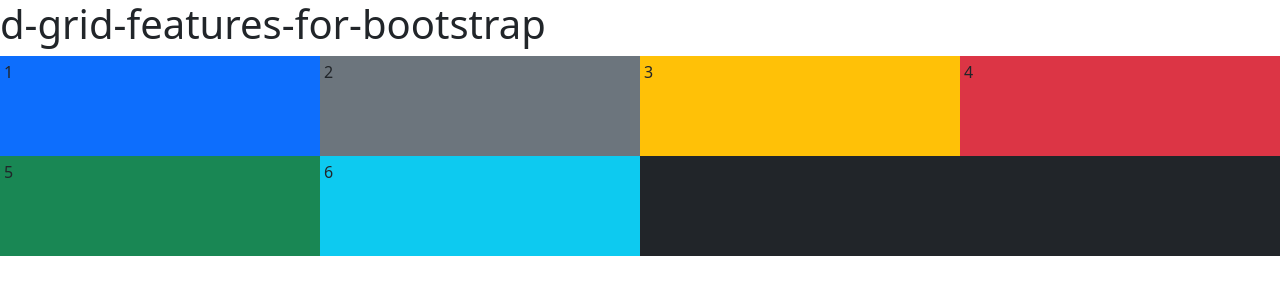
Repository: LynxPardelle/d-grid-features-for-bootstrap
Page: index.html
An editor plug-in stored every save of this project. The page is shown before and after the next save, followed by the edit.
The browser window is 1280 px wide. The pictures show the whole page.

Above is the page before, as saved 2021-10-20 04:28:07.

After the next save:
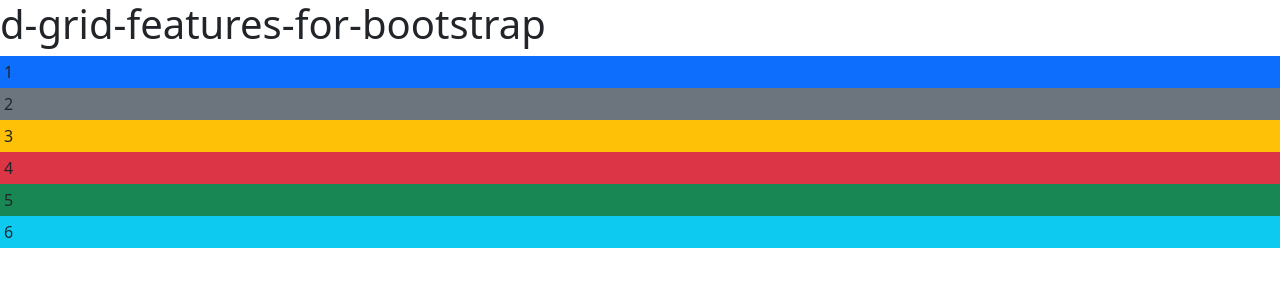
Saved 2 min 10 s later.
--- a/index.html
+++ b/index.html
@@ -10,23 +10,24 @@
 <body>
   <h1>d-grid-features-for-bootstrap</h1>
 
-  <section class="d-grid bg-dark" data-gfbs data-gfbs-gtc="repeat(4, 1fr)" data-gfbs-gtr="repeat(2, 100px)" >
-    <div class="grid-element bg-primary p-1">
+  <!-- <section class="d-grid bg-dark" data-gfbs data-gfbs-gtc="repeat(4, 1fr)" data-gfbs-gtr="repeat(2, 100px)" > -->
+    <section class="d-grid bg-dark" data-gfbs data-gfbs-ga="'1 3 2''6 4 5'">
+    <div data-gfbs-ga="1" class="grid-element bg-primary p-1">
       1
     </div>
-    <div class="grid-element bg-secondary p-1">
+    <div data-gfbs-ga="2" class="grid-element bg-secondary p-1">
       2
     </div>
-    <div class="grid-element bg-warning p-1">
+    <div data-gfbs-ga="3" class="grid-element bg-warning p-1">
       3
     </div>
-    <div class="grid-element bg-danger p-1">
+    <div data-gfbs-ga="4" class="grid-element bg-danger p-1">
       4
     </div>
-    <div class="grid-element bg-success p-1">
+    <div data-gfbs-ga="5" class="grid-element bg-success p-1">
       5
     </div>
-    <div class="grid-element bg-info p-1">
+    <div data-gfbs-ga="6" class="grid-element bg-info p-1">
       6
     </div>
   </section>
